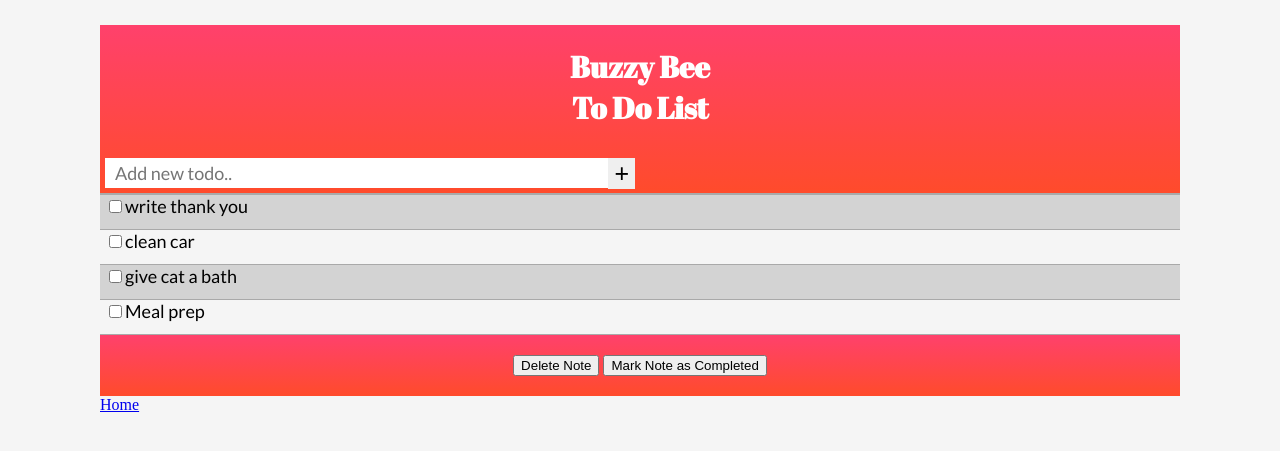
Repository: seleniadelgado/backend-spring2020-angie
Page: projects/todo/public_html/index.html
These files come from the project's save history. The page is drawn as it stood at one moment and after the next save; the edit follows.
The browser window is 1280 px wide. The pictures show the whole page.
The page's requests for data from a server got no answer.

Above is the page before, as saved 2020-05-13 16:23:14.

After the next save:
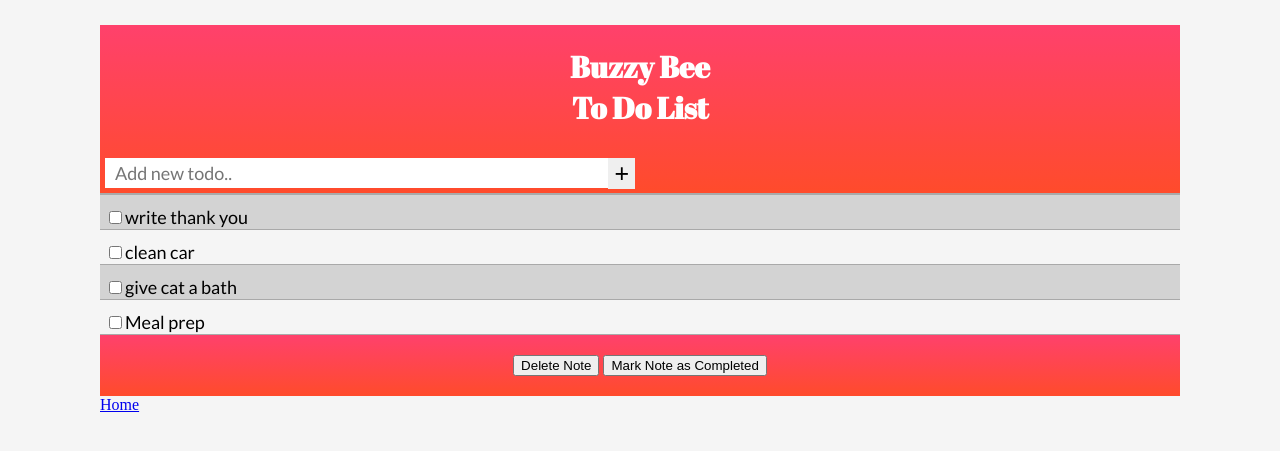
Saved 15 s later.
--- a/projects/todo/public_html/styles.css
+++ b/projects/todo/public_html/styles.css
@@ -80,7 +80,7 @@ body {
     font-family: var(--list-font);
     font-size: var(--font-size-list-item);
     margin: auto;
-    padding: auto;
+    padding-top: 1%;
 }
 
 .buttonsArea {
